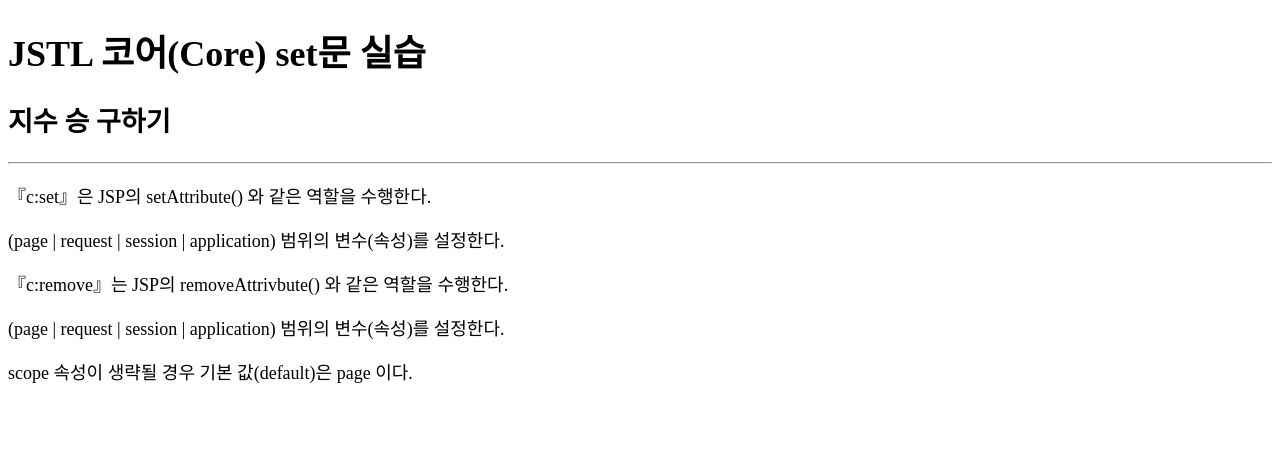
Repository: onpul/Web
Page: http://localhost/WebApp22/Test7.jsp
An editor plug-in stored every save of this project. The page is shown before and after the next save, followed by the edit.
The browser window is 1280 px wide. The pictures show the whole page.
The page is served by Tomcat 9. Other server files are loaded and not shown.

Above is the page before, as saved 2022-04-29 08:48:57.

### WebApp22/WebContent/Test7.jsp
<%@ page contentType="text/html; charset=UTF-8"%>
<%@ taglib prefix="c" uri="http://java.sun.com/jsp/jstl/core"%>
<%
	request.setCharacterEncoding("UTF-8");
	String cp = request.getContextPath();
%>
<!DOCTYPE html>
<html>
<head>
<meta charset="UTF-8">
<title>Test7.jsp</title>
<link rel="stylesheet" type="text/css" href="<%=cp %>/css/main.css">
</head>
<body>

<div>
	<h1>JSTL 코어(Core) set문 실습</h1>
	<h2>지수 승 구하기</h2>
	<hr>
</div>

<div>
	<p>『c:set』은 JSP의 setAttribute() 와 같은 역할을 수행한다.</p>
	<p>(page | request | session | application)
	   범위의 변수(속성)를 설정한다.</p>
	<p>『c:remove』는 JSP의 removeAttrivbute() 와 같은 역할을 수행한다.</p>
	<p>(page | request | session | application)
	   범위의 변수(속성)를 설정한다.</p>
	<p>scope 속성이 생략될 경우 기본 값(default)은 page 이다.</p>
</div>

</body>
</html>

### WebApp22/WebContent/css/main.css
@charset "UTF-8";

*
{
	font-family: 맑은고딕;
	color: black;
}

body, p, div, span, input, table, th, td, select
{
	font-size: 18px;
}

.control
{
	border: 1px solid gray;
	border-radius: 3px;
}

.table
{
	border-collapse: collapse;
	width: 100%;
}

.table th, .table td
{
	border: 1px solid gray;
	border-left: 0px;
	border-right: 0px;
	padding: 3px;
	line-height: 150%;
}

.table th
{
	font-weight: bold;
	background-color: #eeeeee;
}

.btn
{
	font-weight: bold;
}

.btn:hover
{
	color: white;
	background-color: #787;
}

After the next save:
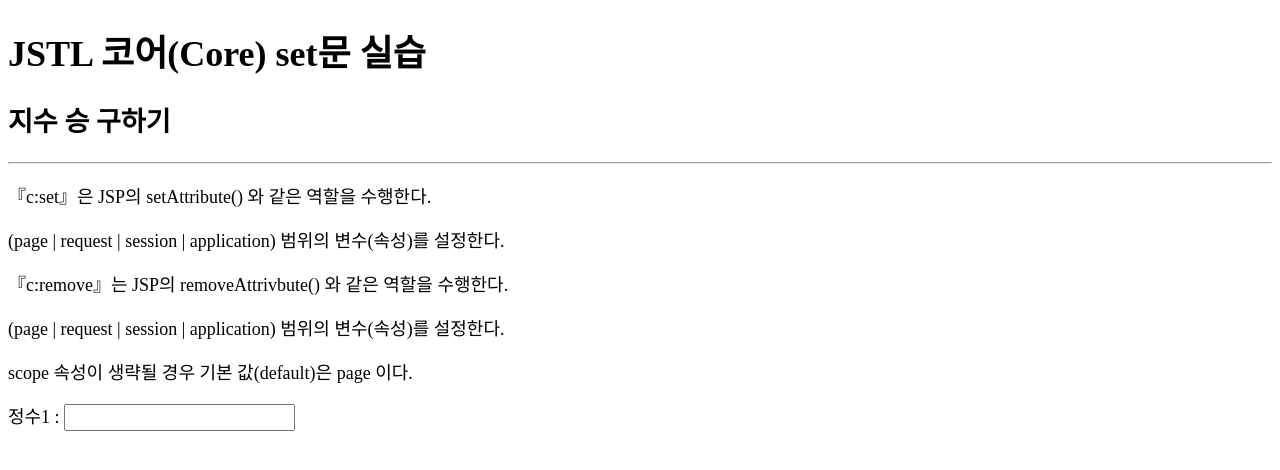
Saved 36 s later.
--- a/WebApp22/WebContent/Test7.jsp
+++ b/WebApp22/WebContent/Test7.jsp
@@ -29,5 +29,11 @@
 	<p>scope 속성이 생략될 경우 기본 값(default)은 page 이다.</p>
 </div>
 
+<div>
+	<form method="post">
+		정수1 : <input type="text" name="su1" class="txt"/>
+	</form>
+</div>
+
 </body>
 </html>
